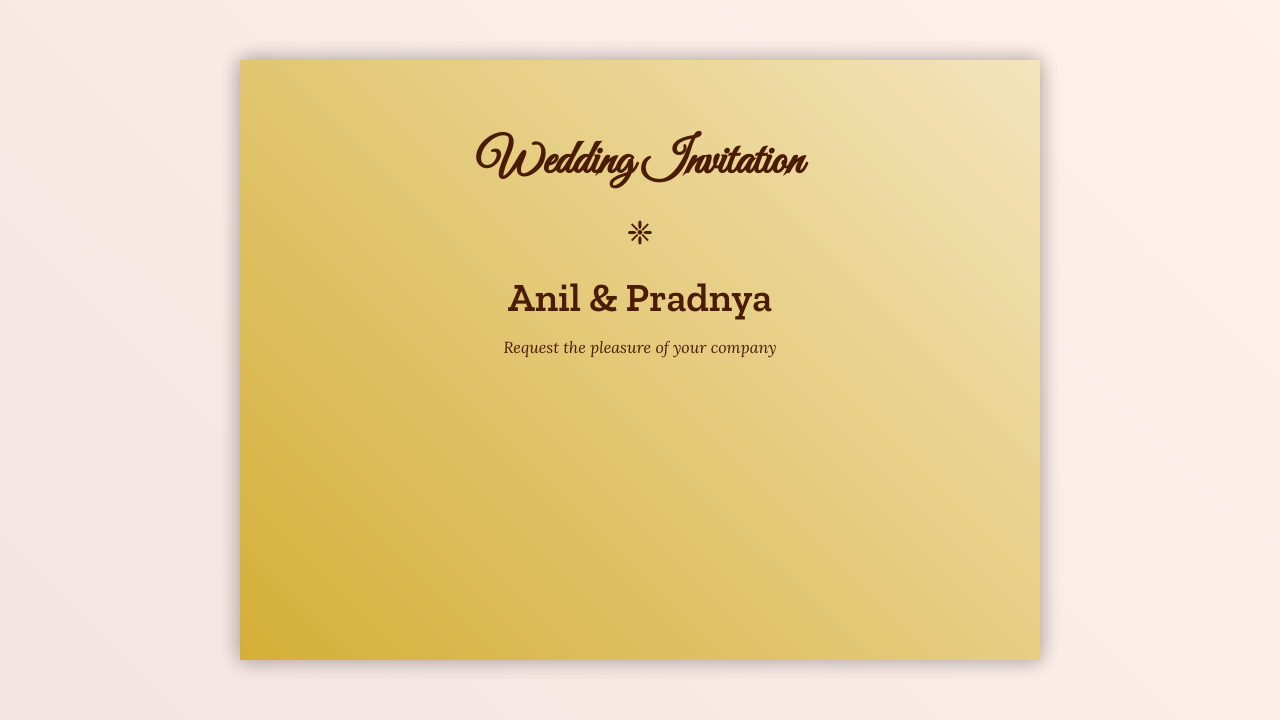
Repository: abhibkop27/finalwedding
Page: index.html
These files come from the project's save history. The page is drawn as it stood at one moment and after the next save; the edit follows.
The browser window is 1280 px wide. The pictures show the whole page.

Above is the page before, as saved 2025-02-17 13:14:41.

### index.html
<!DOCTYPE html>
<html lang="en">
<head>
    <meta charset="UTF-8">
    <meta name="viewport" content="width=device-width, initial-scale=1.0">
    <title>Wedding Invitation</title>
    <link rel="stylesheet" href="style.css">
    <link href="https://fonts.googleapis.com/css2?family=Great+Vibes&family=Lora:ital@1&display=swap" rel="stylesheet">
</head>
<body>
    <div class="book">

        <div class="page cover active">
            <div class="content">
                <h1>Wedding Invitation</h1>
                <div class="ornament">❈</div>
                <h2 class="main-name">Anil & Pradnya</h2>
                <p>Request the pleasure of your company</p>
            </div>
        </div>


        <div class="page">
            <div class="content">
                <h2>The Wedding Ceremony</h2>
                <p class="date">February  20, 2025</p>
                <p class="time">12:21 PM Onwards</p>
                <div class="venue">
                    <h3>Venue</h3>
                    <p>Reshimgathi Sanskrutik Bhavan</p>
                    <a href="https://maps.app.goo.gl/dHfJvonCVZ4RNg2w9" target="_blank" class="map-link">View Location</a>
                </div>
            </div>
        </div>

        <div class="page" >
            <div class="content">
                <h2>With the Blessings of</h2>
                <div class="family-details">
                    <div class="family-grid">
                        <div class="family-section">
                            <h3>Bride's Parents</h3>
                            <p class="elder-name">Shri Laxman Pargondda Devaki</p>
                            <p class="elder-name">Smt. Baslingvva Laxman Devaki</p>
                            <p class="relation">(Parents of the Bride)</p>
                        </div>
                        <div class="ornament">❈</div>

                        <div class="family-section">
                            <h3>Groom's Parents</h3>
                            <p class="elder-name">Shri Prakash Ghate</p>
                            <p class="elder-name">Smt. Jayshree Prakash Ghate</p>
                            <p class="relation">(Parents of the Groom)</p>
                        </div>
                    </div>



                </div>
            </div>
        </div>

        <div class="page">
            <div class="content">
                <h2>A Celebration of Love</h2>
                <form id="rsvpForm">
                    <!-- <input type="text" placeholder="Your Name" required>
                    <input type="number" placeholder="Number of Guests" required>
                    <button type="submit">Confirm Attendance</button> -->
                    <p>
                        "With the blessings of our families,
we invite you to join us in the celebration of our wedding.
Your presence will be our most cherished gift.
We look forward to your love and blessings."


                    </p>
                </form>
            </div>
        </div>
    </div>

    <!-- <div class="navigation">
        <button id="prevBtn" class="nav-button" disabled>Previous</button>
        <button id="nextBtn" class="nav-button">Next</button>
    </div> -->


</body>
</html>

### style.css
@font-face {
    font-family: 'zilla';
    src: url('./asstes/fonts/Zilla_Slab/ZillaSlab-SemiBold.ttf') format('truetype');
  }

  .main-name{
    font-family: 'zilla';
  }



body {
    margin: 0;
    padding: 0;
    min-height: 100vh;
    display: flex;
    justify-content: center;
    align-items: center;
    background: linear-gradient(45deg, #f3e4e1, #fff2ea);
    font-family: 'Lora', serif;
    scroll-behavior: smooth;
}

.book {
    width: 90%;
    max-width: 800px;
    height: 600px;
    position: relative;
    perspective: 1500px;
}

.page {
    position: absolute;
    width: 100%;
    height: 100%;
    background: #fff;
    transform-origin: left;
    transition: transform 0.6s, opacity 0.6s;
    box-shadow: 0 0 20px rgba(0,0,0,0.1);
    padding: 20px;
    box-sizing: border-box;
    /* opacity: 0; */
    pointer-events: none;
}

.page.active {
    opacity: 1;
    pointer-events: all;
    z-index: 1;
}

.cover {
    background: linear-gradient(45deg, #d4af37, #f4e4bc);
    color: #4a1c03;
}

.content {
    padding: 20px;
    text-align: center;
}

h1 {
    font-family: 'Great Vibes', cursive;
    font-size: 3em;
    color: #4a1c03;
    margin-bottom: 20px;
}

h2 {
    font-family: 'Great Vibes', cursive;
    font-size: 2.5em;
    color: #4a1c03;
    margin: 15px 0;
}

.ornament {
    font-size: 2em;
    color: #4a1c03;
    margin: 20px 0;
}

.date, .time {
    font-size: 1.2em;
    color: #666;
    margin: 10px 0;
}

.venue {
    margin: 30px 0;
    padding: 20px;
    border: 1px solid #d4af37;
    border-radius: 10px;
}

.map-link {
    display: inline-block;
    margin-top: 15px;
    padding: 10px 20px;
    background: #d4af37;
    color: white;
    text-decoration: none;
    border-radius: 5px;
    transition: background 0.3s;
}

.map-link:hover {
    background: #b38f28;
}

.events {
    display: flex;
    flex-direction: column;
    gap: 20px;
}

.event {
    padding: 15px;
    border: 1px solid #d4af37;
    border-radius: 8px;
}

form {
    display: flex;
    flex-direction: column;
    gap: 15px;
    max-width: 300px;
    margin: 0 auto;
}

input {
    padding: 10px;
    border: 1px solid #d4af37;
    border-radius: 5px;
}

button {
    padding: 10px 20px;
    background: #d4af37;
    color: white;
    border: none;
    border-radius: 5px;
    cursor: pointer;
    transition: background 0.3s;
}

button:hover {
    background: #b38f28;
}

.navigation {
    position: fixed;
    bottom: 20px;
    left: 50%;
    transform: translateX(-50%);
    display: flex;
    gap: 20px;
    z-index: 2;
}

.nav-button {
    padding: 10px 20px;
    background: #d4af37;
    color: white;
    border: none;
    border-radius: 5px;
    cursor: pointer;
    transition: background 0.3s;
}

.nav-button:disabled {
    background: #ccc;
    cursor: not-allowed;
}

@media (max-width: 768px) {
    body {
        align-items: flex-start;
        padding: 20px 0;
        background-attachment: fixed;
    }

    .book {
        height: auto;
        perspective: none;
        display: flex;
        flex-direction: column;
        gap: 30px;
        padding-bottom: 80px;
    }

    .page {
        position: relative;
        height: auto;
        min-height: 500px;
        opacity: 1;
        pointer-events: all;
        transform: none !important;
        transition: none;
    }


    .page.active {
        opacity: 1;
        box-shadow: 0 0 30px rgba(0,0,0,0.2);
    }

    .navigation {
        position: fixed;
        bottom: 20px;
        background: rgba(255, 255, 255, 0.9);
        padding: 10px;
        border-radius: 10px;
        box-shadow: 0 2px 10px rgba(0,0,0,0.1);
    }

    .content {
        padding: 30px 20px;
    }

    h1 {
        font-size: 2.5em;
    }

    h2 {
        font-size: 2em;
    }
}

After the next save:
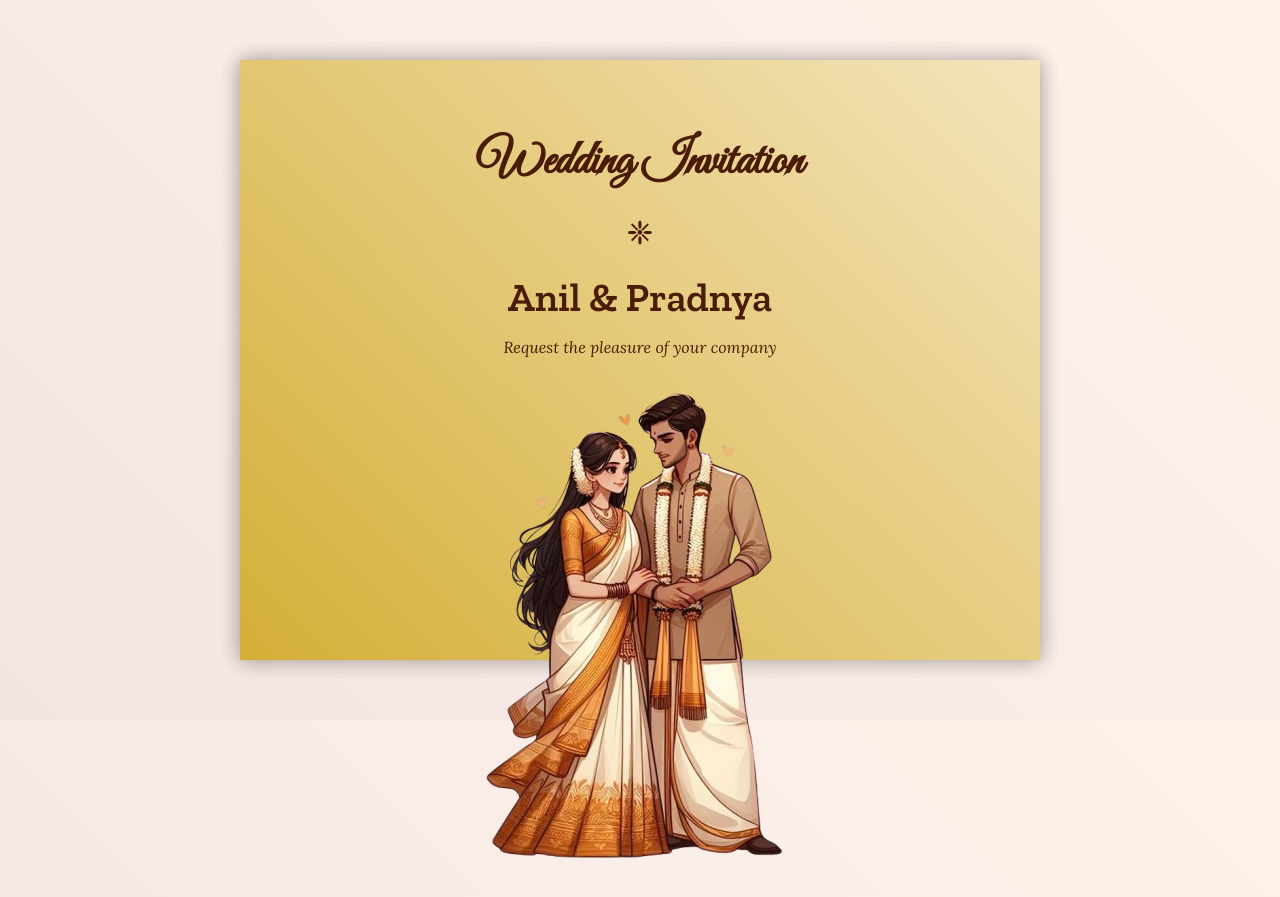
Saved 5 min 43 s later.
--- a/index.html
+++ b/index.html
@@ -16,6 +16,7 @@
                 <div class="ornament">❈</div>
                 <h2 class="main-name">Anil & Pradnya</h2>
                 <p>Request the pleasure of your company</p>
+                <img src="./asstes/pics/Wedding_Couple_Photos_Cartoon-removebg-preview.png" alt="">
             </div>
         </div>
 
